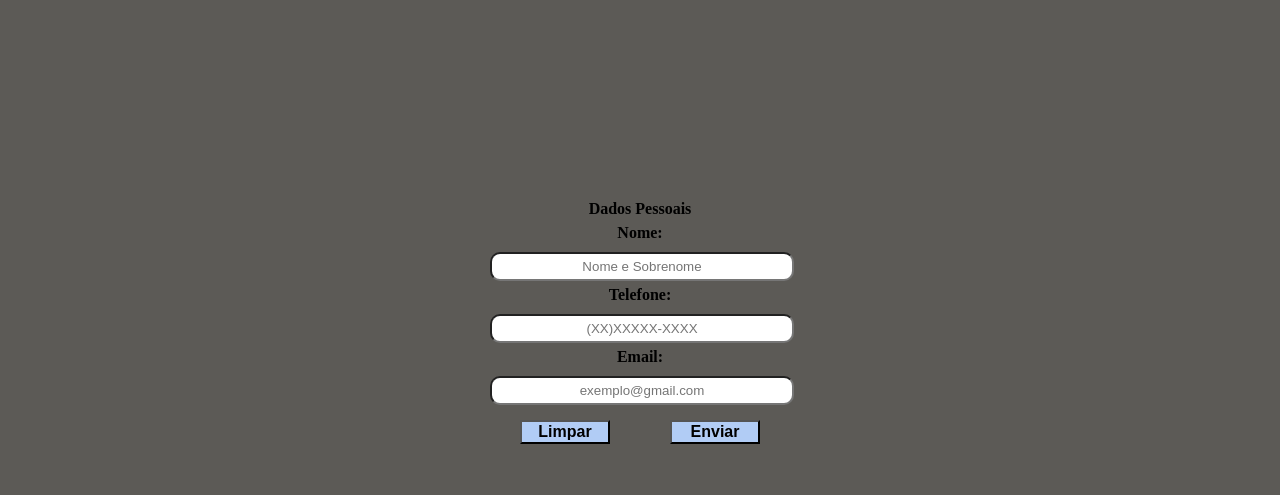
Repository: vitorrausis/Projeto_Final_TrilhaWeb
Page: ProjetoWebJava-main/exemploServlet/src/main/webapp/contato.html
The author's editor kept a copy of each file at every save. The page is drawn from the files as they stood at one save, then again after the next save.
The browser window is 1280 px wide. The pictures show the whole page.

Above is the page before, as saved 2024-03-21 23:44:53.

### ProjetoWebJava-main/exemploServlet/src/main/webapp/contato.html
<!DOCTYPE html>
<html>
<head>
<meta charset="UTF-8">
<title>Contato</title>
<link rel = "stylesheet" href="style.css" >
</head>
<body>
        <form name="frmfaleconosco" method="post" action="#" onsubmit="return validaFaleConosco()">
            <fieldset class="faleConosco">
                <legend>Dados Pessoais</legend>
                <label for="nome">Nome: </label>
                <input placeholder="Nome e Sobrenome" type="text" name="txtnome" id="nome">
                <label  for="fone">Telefone: </label>
                <input placeholder="(XX)XXXXX-XXXX" type="text" name="txtfone" id="fone">
                <label for="email">Email: </label>
                <input  placeholder="exemplo@gmail.com" type="email" name="txtemail" id="email">
            	<button type="reset" onclick="verificaMotivo(null)">Limpar</button><button type="submit">Enviar</button>
            </fieldset>

        </form>

        <script>
        function validaFaleConosco(){

            var nome = document.frmfaleconosco.txtnome.value;
            var expRegNome = new RegExp("^[A-zÀ-ü]{3,}([ ]{1}[A-zÀ-ü]{2,})+$");

            if(!expRegNome.test(nome)){
                alert("Preencha o campo Nome corretamente.");
                document.frmfaleconosco.txtnome.focus();
                return false;
            }

            var fone = document.frmfaleconosco.txtfone.value;

            if(fone.equals("")){
                alert("Preencha o campo Telefone corretamente.");
                document.frmfaleconosco.txtfone.focus();
                return false;
            }

            if(document.frmfaleconosco.txtemail.value==""){
                alert("Preencha o campo de Email.")
                document.frmfaleconosco.txtemail.focus();
                return false;
            }

            if(document.frmfaleconosco.selmotivo.value==""){
                alert("Selecione uma opção no campo de Motivo.")
                document.frmfaleconosco.selmotivo.focus();
                return false;
            }

            if(document.frmfaleconosco.selproduto.value==""){
                alert("Selecione um produto.");
                document.frmfaleconosco.selproduto.focus();
                return false;
            }

            if(document.frmfaleconosco.txacomentario.value==""){
                alert("Digite um comentario.");
                document.frmfaleconosco.txacomentario.focus();
                return false
            }

            return true;
        }
        </script>
</body>
</html>

### ProjetoWebJava-main/exemploServlet/src/main/webapp/style.css
@charset "ISO-8859-1";

body{
	background-color: #5c5a56;
}

.faleConosco{
    width: 300px;
    margin: 0px auto;
    margin-top: 200px;
    font-weight: bold;
    text-align: center;
    margin-bottom: 10px;
    border: none;
}
.faleConosco input, .faleConosco textarea, .faleConosco select{
    margin: 5px auto;
    width: 100%;
    text-align: center;
    margin-top: 10px;
    border-radius: 10px;
    padding: 5px 0;
}
.faleConosco textarea{
    height: 100px;
    resize: none;
}
.faleConosco button{
    width: 30%;
    margin: 0 10%;
    background-color: #b1ccf5;
    margin-top: 10px;
    font-weight: bold;
    font-size: 16px;
}

After the next save:
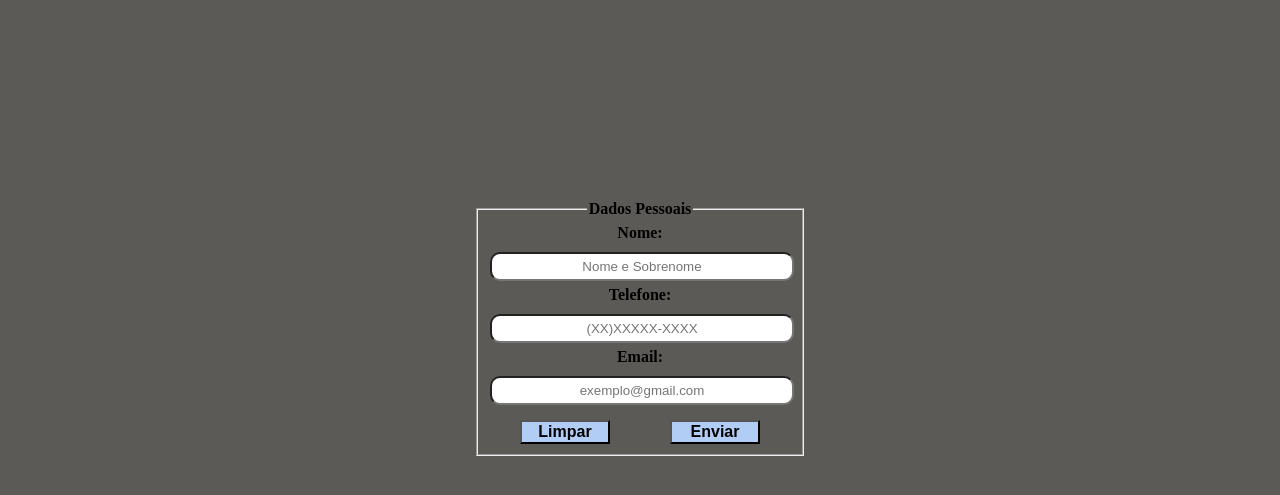
Saved 18 s later.
--- a/ProjetoWebJava-main/exemploServlet/src/main/webapp/style.css
+++ b/ProjetoWebJava-main/exemploServlet/src/main/webapp/style.css
@@ -11,7 +11,6 @@ body{
     font-weight: bold;
     text-align: center;
     margin-bottom: 10px;
-    border: none;
 }
 .faleConosco input, .faleConosco textarea, .faleConosco select{
     margin: 5px auto;
